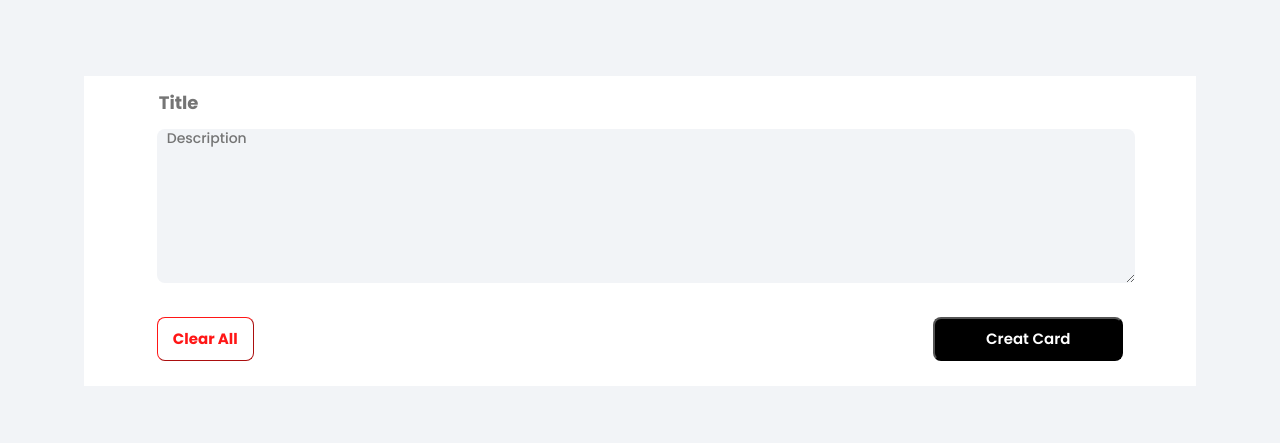
Repository: ReyhanehRahmani/TO-DO
Page: index.html
An editor plug-in stored every save of this project. The page is shown before and after the next save, followed by the edit.
The browser window is 1280 px wide. The pictures show the whole page.
Some web fonts or font styles are not loaded; a fallback is used.

Above is the page before, as saved 2025-06-08 10:59:37.

After the next save:
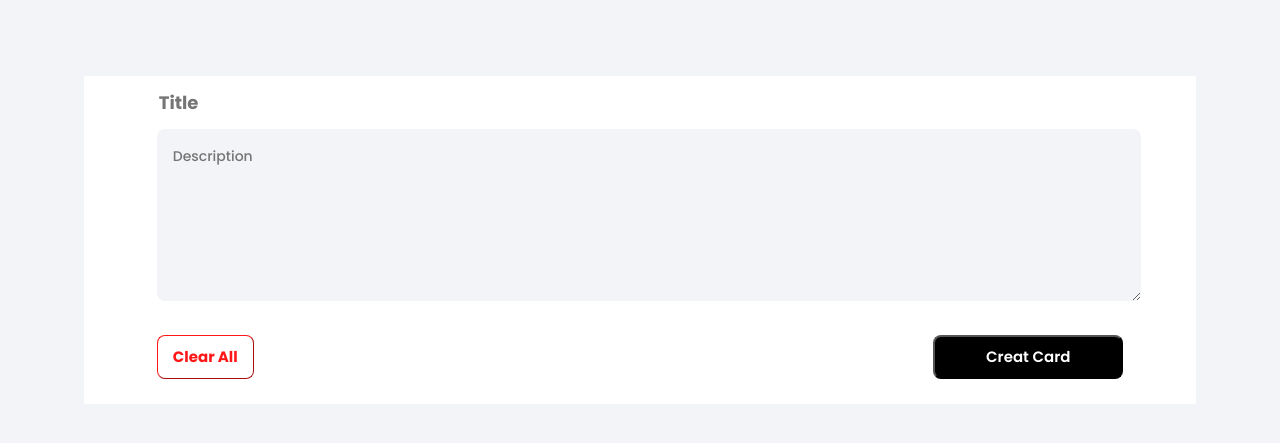
Saved 30 s later.
--- a/style.css
+++ b/style.css
@@ -40,7 +40,8 @@ body{
     height: 150px;
     border-radius: 8px;
     background: #F2F4F7;
-    padding-left: 10px;
+    padding-left: 16px;
+    padding-top: 20px;
 
 }
 
